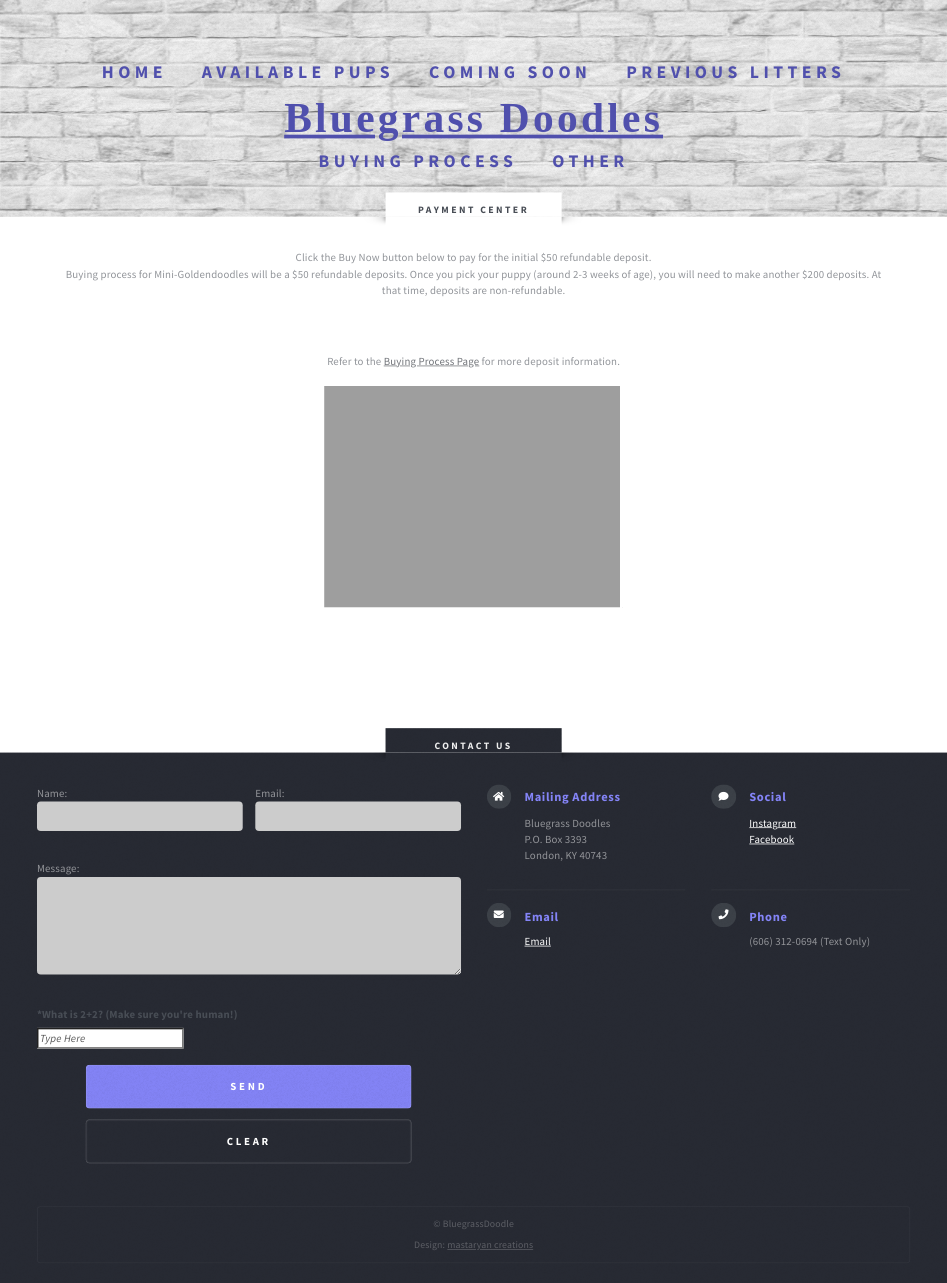
Repository: mastaryan/Cockapoo
Page: checkout2.html
The author's editor kept a copy of each file at every save. The page is drawn from the files as they stood at one save, then again after the next save.
The browser window is 1280 px wide. The pictures show the whole page, at 74% of full size.
Pictures or frames that could not be fetched are drawn as grey boxes. Some web fonts or font styles are not loaded; a fallback is used.

Above is the page before, as saved 2020-12-05 21:21:59.

### checkout2.html
<!DOCTYPE HTML>

<html>
	<head>


		<!-- Google Tag Manager Start -->
<script>(function(w,d,s,l,i){w[l]=w[l]||[];w[l].push({'gtm.start':
	new Date().getTime(),event:'gtm.js'});var f=d.getElementsByTagName(s)[0],
	j=d.createElement(s),dl=l!='dataLayer'?'&l='+l:'';j.async=true;j.src=
	'https://www.googletagmanager.com/gtm.js?id='+i+dl;f.parentNode.insertBefore(j,f);
	})(window,document,'script','dataLayer','GTM-WLXM5N4');</script>
	<!-- End Google Tag Manager -->

		<title>Check-out | Mini and Mini-Medium GoldenDoodle puppies in London, KY</title>
  <meta name="keywords" content="Miniature Poodle Puppies for sale, Bluegrass, Cockapoo puppies Kentucky">
  <meta name="description" content="We are local breeder in London, Kentucky that brings you beautiful Cockapoo, GoldenDoodle & Labradoodle Puppies.">

		<meta charset="utf-8" />
		<meta name="viewport" content="width=device-width, initial-scale=1, user-scalable=no" />
		<link rel="stylesheet" href="assets/css/main.css" />
	</head>
	<body class="homepage is-preload">
		<div id="page-wrapper">

			<!-- Google Tag Manager (noscript) -->
<noscript><iframe src="https://www.googletagmanager.com/ns.html?id=GTM-WLXM5N4"
	height="0" width="0" style="display:none;visibility:hidden"></iframe></noscript>
	<!-- End Google Tag Manager (noscript) -->

<!-- Header -->
<section id="header" class="wrapper">

	<!-- Logo -->
		<div id="logo">
			<h1><a href="index.html">Bluegrass Doodles</a></h1>
			</header>
		</div>

	<!-- Nav -->
	<nav id="nav">
		<ul>
			<li class="current"><a href="index.html">Home</a></li>
			<li>
				<a href="#">Available Pups</a>
				<ul>
					<li><a href="minicockapoo.html">Mini-Cockapoos</a></li>
					<li><a href="minigroodles.html">Mini-Golden</a></li>
				</ul>
			</li>

			<li>
				<a href="comingsoon.html">Coming Soon</a>
			</li>

			<li>
				<a href="#">Previous Litters</a>
				<ul>
					<li><a href="cockapoocash.html">Cockapoo Puppies</a></li>
					<li><a href="minigolden.html">Mini-Goldendoodle Puppies</a></li>
				</ul>
			</li>

			<li><a href="buyingprocess.html">Buying Process</a></li>
			<li><a href="#">Other</a>
				<ul>
					<li><a href="about.html">About Us</a></li>
					<li><a href="guardian.html">Guardian Homes</a></li>
				</ul>
			</li>
		</ul>
	</nav>

</section>

<!-- Puppy Deposit Form -->
	<section id="intro">
		<div id="main" class="wrapper style2">
			<div class="title">Payment Center</div>
				<div id="payment">
					<div class="container">
						Click the Buy Now button below to pay for the initial $50 refundable deposit.
						<p>Buying process for Mini-Goldendoodles will be a $50 refundable deposits. Once you pick your puppy (around 2-3 weeks of age),
							you will need to make another $200 deposits. At that time, deposits are non-refundable.
						</p>
						<br>
						<br>
						Refer to the <a href="application.html">Buying Process Page</a> for more deposit information.
						<br>
						<br>

                                    <!-- Paypal Code Start -->

									<form action="https://www.paypal.com/cgi-bin/webscr" method="post" target="_top">
										<input type="hidden" name="cmd" value="_s-xclick">
										<input type="hidden" name="hosted_button_id" value="AVPVBVBMH3LBE">
										<input type="image" src="https://www.paypalobjects.com/en_US/i/btn/btn_buynowCC_LG.gif" border="0" name="submit" alt="PayPal - The safer, easier way to pay online!">
										<img alt="" border="0" src="https://www.paypalobjects.com/en_US/i/scr/pixel.gif" width="1" height="1">
										</form>

									<!-- Paypal Code End -->


<!-- Puppy Depsoit Form Cont -->
	</div>
		</div>
			</div>
				</section>
				<!-- Puppy Deposit Form End -->

				<!-- Footer -->
				<section id="footer" class="wrapper">
					<div class="title">Contact Us</div>
					<div class="container">
						<div class="row">
							<div class="col-6 col-12-medium">

								<!-- Contact Form -->
								<section>
									<form method="post" action="mailrush.php">
										<div class="row gtr-50">
											<div class="col-6 col-12-small">
												Name: <input type="text" name="name"><br>												</div>
											<!-- <div class="col-6 col-12-small">
												Last Name: <input type="text" name="name"><br>												</div> -->
											<div class="col-6 col-12-small">
												Email: <input type="text" name="email"><br>												</div>
											<div class="col-12">
												Message:<br><textarea rows="5" name="message" cols="30"></textarea><br>												</div>
											<div class="col-12">
												<label>*What is 2+2? (Make sure you're human!)</label>
													<input name="human" placeholder="Type Here"><br>
											</br>
												<ul class="actions">
													<li><input type="submit" class="style1" value="Send" /></li>
													<li><input type="reset" class="style2" value="Clear" /></li>
												</ul>
											</div>
										</div>
									</form>
								</section>

							</div>
							<div class="col-6 col-12-medium">

								<!-- Contact -->
									<section class="feature-list small">
										<div class="row">
											<div class="col-6 col-12-small">
												<section>
													<h3 class="icon solid fa-home">Mailing Address</h3>
													<p>
														Bluegrass Doodles<br />
														P.O. Box 3393<br />
														London, KY 40743
													</p>
												</section>
											</div>
											<div class="col-6 col-12-small">
												<section>
													<h3 class="icon solid fa-comment">Social</h3>
													<p>
														<a href="https://www.instagram.com/bluegrassdoodles">Instagram</a><br />
														<a href="https://www.facebook.com/BluegrassDoodles/">Facebook</a>
												</p>
												</section>
											</div>
											<div class="col-6 col-12-small">
												<section>
													<h3 class="icon solid fa-envelope">Email</h3>
													<p>
														<a href="mailto:jacobrush01@gmail.com">Email</a>
													</p>
												</section>
											</div>
											<div class="col-6 col-12-small">
												<section>
													<h3 class="icon solid fa-phone">Phone</h3>
													<p>
														(606) 312-0694 (Text Only)
													</p>
												</section>
											</div>
										</div>
									</section>

							</div>
						</div>
						<div id="copyright">
							<ul>
								<li>&copy; BluegrassDoodle</li><li>Design: <a href="http://www.github.com/mastaryan">mastaryan creations</a></li>
							</ul>
						</div>
					</div>
				</section>

		</div>

			<!-- Scripts -->
				<script src="assets/js/jquery.min.js"></script>
				<script src="assets/js/jquery.dropotron.min.js"></script>
				<script src="assets/js/browser.min.js"></script>
				<script src="assets/js/breakpoints.min.js"></script>
				<script src="assets/js/util.js"></script>
				<script src="assets/js/main.js"></script>
				<script data-ad-client="ca-pub-9745680505770656" async src="https://pagead2.googlesyndication.com/pagead/js/adsbygoogle.js"></script>


</body>
</html>

Loaded but not shown: assets/js/jquery.min.js (library); assets/js/jquery.dropotron.min.js (library); assets/js/browser.min.js (common file); assets/css/fontawesome-all.min.css (library); assets/js/breakpoints.min.js (common file); assets/js/util.js (587 lines, source omitted); assets/js/main.js (66 lines, source omitted); assets/css/main.css (3157 lines, source omitted)

After the next save:
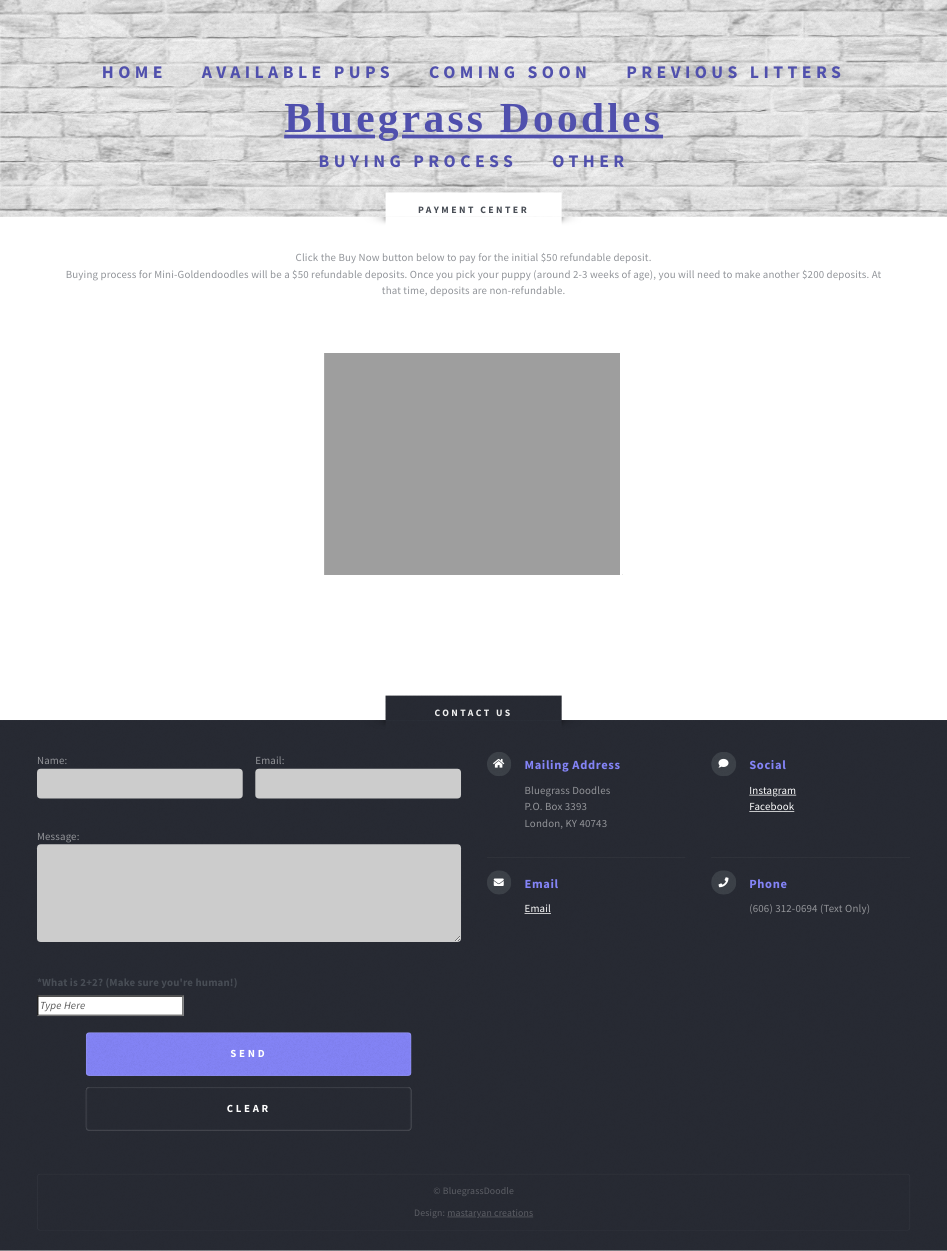
Saved 7 s later.
--- a/checkout2.html
+++ b/checkout2.html
@@ -85,9 +85,6 @@
 						</p>
 						<br>
 						<br>
-						Refer to the <a href="application.html">Buying Process Page</a> for more deposit information.
-						<br>
-						<br>
 
                                     <!-- Paypal Code Start -->
 
